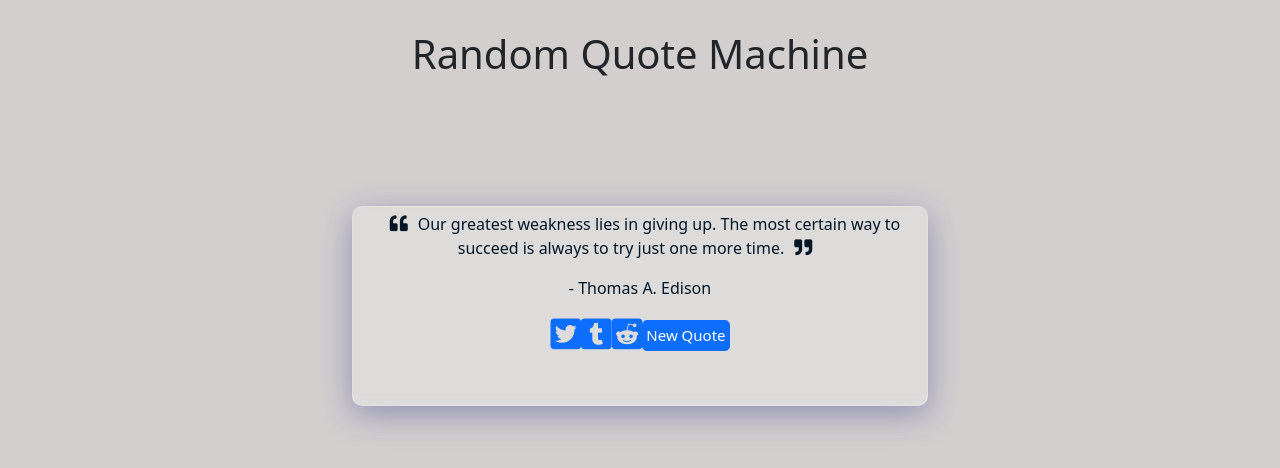
Repository: LuismGil/Random-quote-machine
Page: /
These files come from the project's save history. The page is drawn as it stood at one moment and after the next save; the edit follows.
The browser window is 1280 px wide. The pictures show the whole page.
The project was rebuilt for these pictures with package versions that can differ from the ones it lists, and the page was loaded fresh each time.

Above is the page before, as saved 2021-01-27 10:43:57.

After the next save:
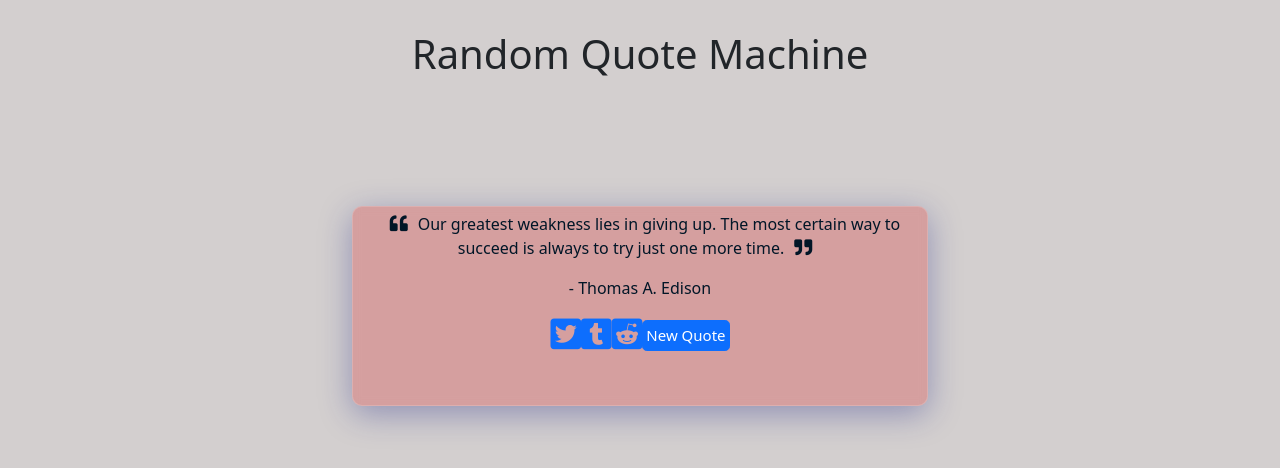
Saved 18 s later.
--- a/src/index.css
+++ b/src/index.css
@@ -16,7 +16,7 @@ h1 {
   padding: 5px;
   text-align: center;
   width: 45%;
-  background: rgba(255, 255, 255, 0.25);
+  background: rgba(218, 16, 16, 0.25);
   box-shadow: 0 8px 32px 0 rgba(31, 38, 135, 0.37);
   backdrop-filter: blur(4px);
   -webkit-backdrop-filter: blur(4px);
